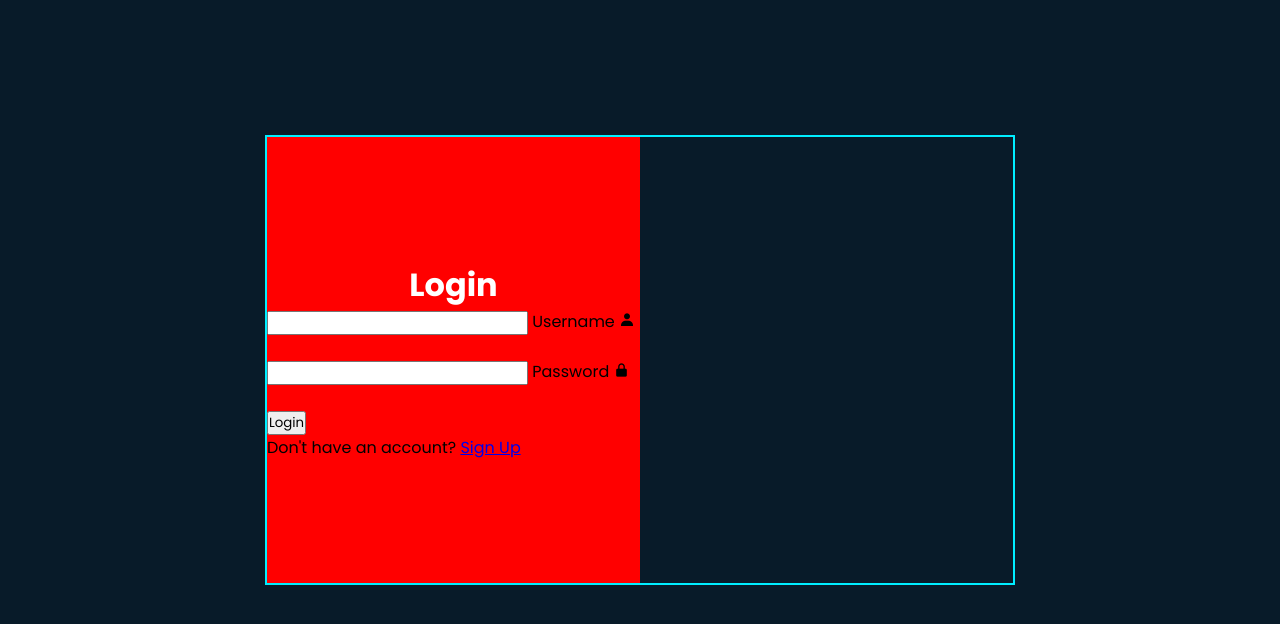
Repository: swastikjhacoder/Login-Registration-HTML
Page: index.html
These files come from the project's save history. The page is drawn as it stood at one moment and after a run of saves; the edit follows.
The browser window is 1280 px wide. The pictures show the whole page.

Above is the page before, as saved 2023-09-18 14:29:04.
Not found: js/toastify.js

### index.html
<!DOCTYPE html>
<html lang="en">
  <head>
    <meta charset="UTF-8" />
    <meta http-equiv="X-UA-Compatible" content="IE=edge" />
    <meta name="viewport" content="width=device-width, initial-scale=1.0" />
    <title>Login</title>
    <link rel="shortcut icon" href="./images/favicon.png" />
    <link rel="stylesheet" href="style.css" />
    <link href='https://unpkg.com/boxicons@2.1.4/css/boxicons.min.css' rel='stylesheet'>
    <script src="./js/toastify.js"></script>
  </head>
  <body>
    <div class="wrapper">
        <div class="form-box login">
            <h2>Login</h2>
            <form action="#">
                <div class="input-box">
                    <input type="text" required/>
                    <label>Username</label>
                    <i class='bx bxs-user'></i>
                </div>
                <div class="input-box">
                    <input type="password" required/>
                    <label>Password</label>
                    <i class='bx bxs-lock-alt' ></i>
                </div>
                <button type="submit" class="btn">Login</button>
                <div class="logreg-link">
                    <p>Don't have an account? <a href="#" class="register-link">Sign Up</a></p>
                </div>
            </form>
        </div>
    </div>

  </body>
</html>

### style.css
@import url('https://fonts.googleapis.com/css2?family=Poppins:ital,wght@0,100;0,200;0,300;0,400;0,500;0,600;0,700;0,800;0,900;1,400&display=swap');

* {
    margin: 0;
    padding: 0;
    box-sizing: border-box;
    font-family: 'Poppins', sans-serif;
}

body {
    display: flex;
    justify-content: center;
    align-items: center;
    min-height: 100vh;
    background: #081b29;
}

.wrapper {
    position: relative;
    width: 750px;
    height: 450px;
    background: transparent;
    border: 2px solid #0ef;
}

.wrapper .form-box {
    position: absolute;
    top: 0;
    width: 50%;
    height: 100%;
    background: red;
    display: flex;
    flex-direction: column;
    justify-content: center;
}

.form-box h2 {
    font-size: 32px;
    color: #fff;
    text-align: center;
}

.form-box .input-box {
    position: relative;
    width: 100%;
    height: 50px;
    background
}

After the next 8 saves:
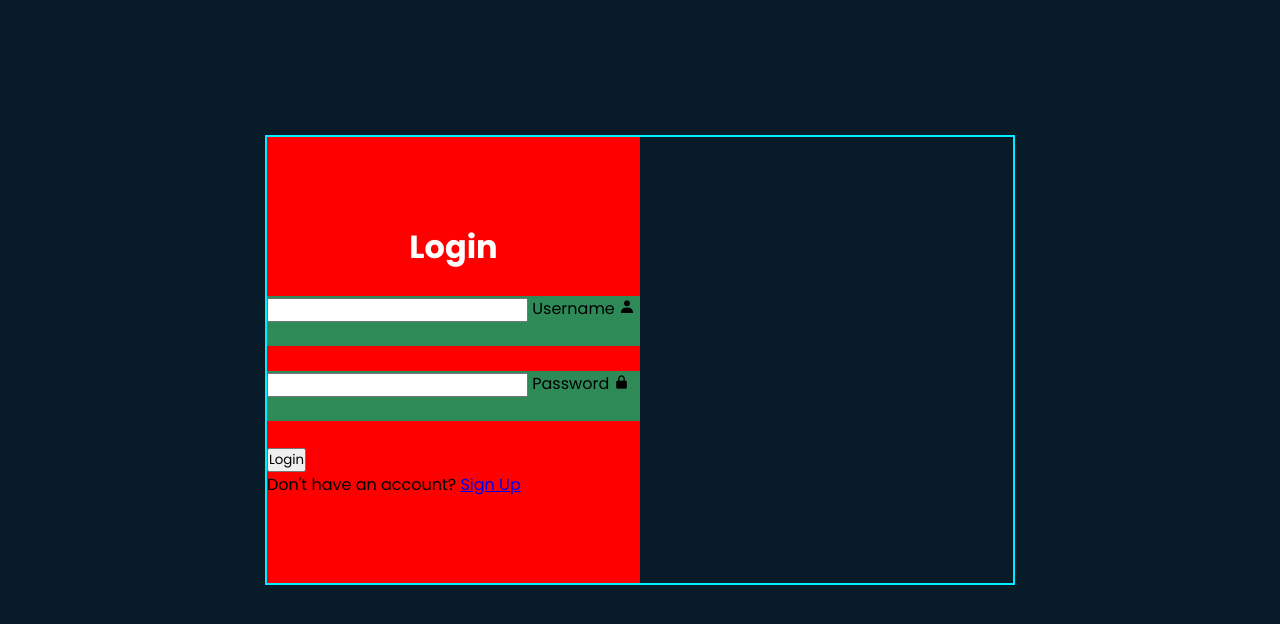
The 8 saves are shown as one change because they came seconds apart.
The last was saved 21 s later.
--- a/style.css
+++ b/style.css
@@ -44,5 +44,6 @@ body {
     position: relative;
     width: 100%;
     height: 50px;
-    background
+    background: seagreen;
+    margin: 25px 0;
 }
